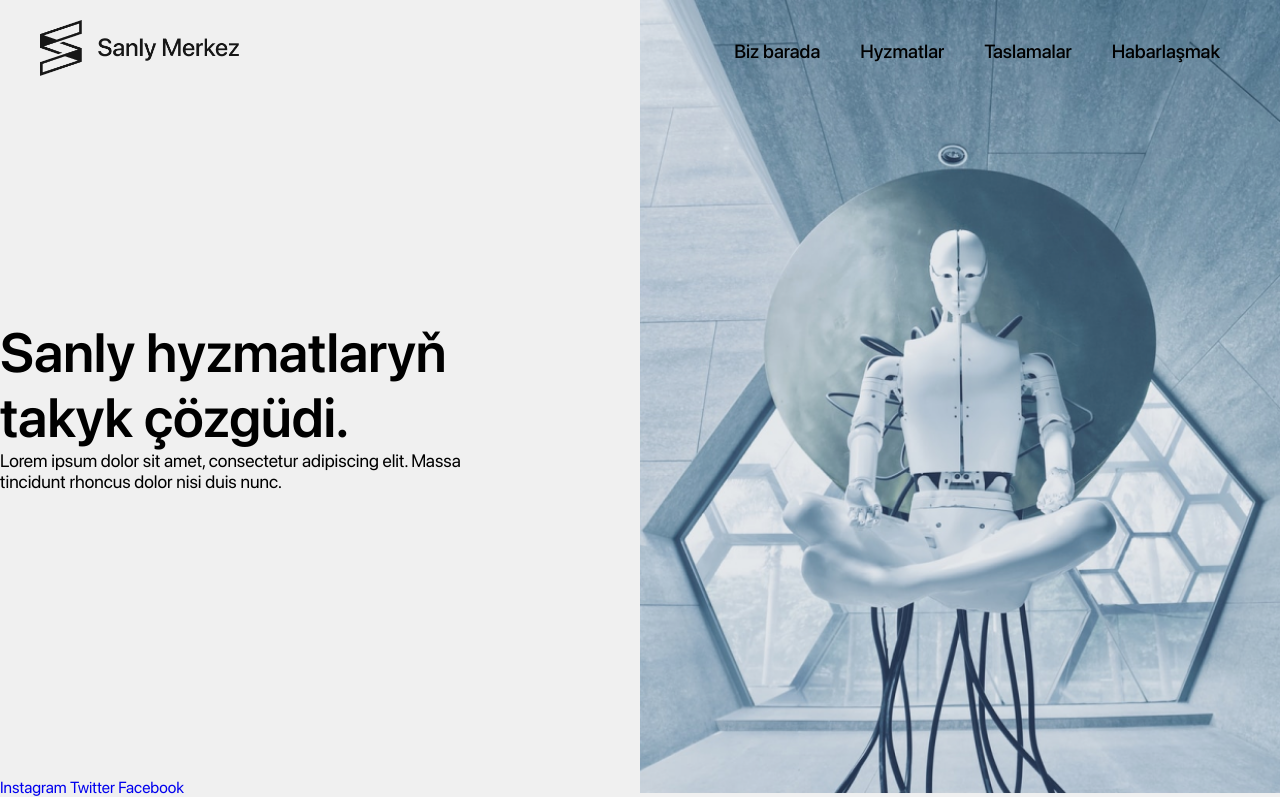
Repository: Meylis7/Sanly-Merkez-Web
Page: main.html
The author's editor kept a copy of each file at every save. The page is drawn from the files as they stood at one save, then again after the next save.
The browser window is 1280 px wide. The pictures show the whole page.

Above is the page before, as saved 2022-04-26 18:53:42.

### main.html
<!DOCTYPE html>
<html lang="en" dir="ltr">
  <head>
    <meta charset="utf-8">
    <meta name="viewport" content="width=device-width, initial-scale=1.0">
    <title>Sanly merkez</title>
    <link rel="stylesheet" href="./css/main.css">
  </head>
  <body>
    <div class="main-container">
      <div class="header-container">
        <header>
          <a href="#" class="brand"><img src="/assets/logo.png" alt=""></a>
          <div class="menu">
            <div class="btn">
                <svg class="close-btn" xmlns="http://www.w3.org/2000/svg" aria-hidden="true" role="img" width="1em" height="1em" preserveAspectRatio="xMidYMid meet" viewBox="0 0 20 20"><path fill="currentColor" fill-rule="evenodd" d="M4.293 4.293a1 1 0 0 1 1.414 0L10 8.586l4.293-4.293a1 1 0 1 1 1.414 1.414L11.414 10l4.293 4.293a1 1 0 0 1-1.414 1.414L10 11.414l-4.293 4.293a1 1 0 0 1-1.414-1.414L8.586 10L4.293 5.707a1 1 0 0 1 0-1.414Z" clip-rule="evenodd"/></svg>
            </div>
            <a href="#">Biz barada</a>
            <a href="#">Hyzmatlar</a>
            <a href="#">Taslamalar</a>
            <a href="#">Habarlaşmak</a>
          </div>
          <div class="btn">
            <svg class="menu-btn" xmlns="http://www.w3.org/2000/svg" aria-hidden="true" role="img" width="1em" height="1em" preserveAspectRatio="xMidYMid meet" viewBox="0 0 20 20"><path fill="currentColor" fill-rule="evenodd" d="M3 5a1 1 0 0 1 1-1h12a1 1 0 1 1 0 2H4a1 1 0 0 1-1-1Zm0 5a1 1 0 0 1 1-1h12a1 1 0 1 1 0 2H4a1 1 0 0 1-1-1Zm6 5a1 1 0 0 1 1-1h6a1 1 0 1 1 0 2h-6a1 1 0 0 1-1-1Z" clip-rule="evenodd"/></svg>
          </div>
        </header>
      </div>

      <div class="home-section">
        <div class="home-container">
          <div class="home-left-content">
            <div class="home-slogan">
              <p class="slogan">Sanly hyzmatlaryň <br>
                takyk çözgüdi.</p>
                <p class="slogan-text">Lorem ipsum dolor sit amet, consectetur adipiscing elit. Massa <br> tincidunt rhoncus dolor nisi duis nunc.</p>
            </div>
            <div class="home-social-links">
              <a href="#">Instagram</a>
              <a href="#">Twitter</a>
              <a href="#">Facebook</a>
            </div>
          </div>
          <div class="home-right-content">
            <img src="./assets/mainphoto.png" alt="">
          </div>
        </div>
      </div>

    </div>



    <script type="text/javascript">
    //javascript for navigation bar effect on scroll
    window.addEventListener("scroll", function(){
      var header = document.querySelector("header");
      header.classList.toggle('sticky', window.scrollY > 0);
    });

    //javascript for responsive navigation sidebar menu
    var menu = document.querySelector('.menu');
    var menuBtn = document.querySelector('.menu-btn');
    var closeBtn = document.querySelector('.close-btn');

    menuBtn.addEventListener("click", () => {
      menu.classList.add('active');
    });

    closeBtn.addEventListener("click", () => {
      menu.classList.remove('active');
    });
    </script>

  </body>
</html>

### css/main.css

@font-face {
  font-family: 'SF Pro Display';
  src: url('../SFProDisplay-Medium.eot');
  src: local('../SF Pro Display Medium'), local('SFProDisplay-Medium'),
      url('../SFProDisplay-Medium.eot?#iefix') format('embedded-opentype'),
      url('../SFProDisplay-Medium.woff2') format('woff2'),
      url('../SFProDisplay-Medium.woff') format('woff'),
      url('../SFProDisplay-Medium.ttf') format('truetype');
  font-weight: 500;
  font-style: normal;
}

@font-face {
  font-family: 'SF Pro Display';
  src: url('../SFProDisplay-Heavy.eot');
  src: local('../SF Pro Display Heavy'), local('SFProDisplay-Heavy'),
      url('../SFProDisplay-Heavy.eot?#iefix') format('embedded-opentype'),
      url('../SFProDisplay-Heavy.woff2') format('woff2'),
      url('../SFProDisplay-Heavy.woff') format('woff'),
      url('../SFProDisplay-Heavy.ttf') format('truetype');
  font-weight: 900;
  font-style: normal;
}

@font-face {
  font-family: 'SF Pro Display';
  src: url('../SFProDisplay-UltralightItalic.eot');
  src: local('../SF Pro Display UltralightItalic'), local('SFProDisplay-UltralightItalic'),
      url('../SFProDisplay-UltralightItalic.eot?#iefix') format('embedded-opentype'),
      url('../SFProDisplay-UltralightItalic.woff2') format('woff2'),
      url('../SFProDisplay-UltralightItalic.woff') format('woff'),
      url('../SFProDisplay-UltralightItalic.ttf') format('truetype');
  font-weight: 200;
  font-style: italic;
}

@font-face {
  font-family: 'SF Pro Display';
  src: url('../SFProDisplay-RegularItalic.eot');
  src: local('../SF Pro Display Regular Italic'), local('SFProDisplay-RegularItalic'),
      url('../SFProDisplay-RegularItalic.eot?#iefix') format('embedded-opentype'),
      url('vSFProDisplay-RegularItalic.woff2') format('woff2'),
      url('../SFProDisplay-RegularItalic.woff') format('woff'),
      url('../SFProDisplay-RegularItalic.ttf') format('truetype');
  font-weight: normal;
  font-style: italic;
}

@font-face {
  font-family: 'SF Pro Display';
  src: url('../SFProDisplay-Thin.eot');
  src: local('../SF Pro Display Thin'), local('SFProDisplay-Thin'),
      url('../SFProDisplay-Thin.eot?#iefix') format('embedded-opentype'),
      url('../SFProDisplay-Thin.woff2') format('woff2'),
      url('../SFProDisplay-Thin.woff') format('woff'),
      url('../SFProDisplay-Thin.ttf') format('truetype');
  font-weight: 100;
  font-style: normal;
}

@font-face {
  font-family: 'SF Pro Display';
  src: url('../SFProDisplay-Light.eot');
  src: local('../SF Pro Display Light'), local('SFProDisplay-Light'),
      url('../SFProDisplay-Light.eot?#iefix') format('embedded-opentype'),
      url('../SFProDisplay-Light.woff2') format('woff2'),
      url('../SFProDisplay-Light.woff') format('woff'),
      url('../SFProDisplay-Light.ttf') format('truetype');
  font-weight: 200;
  font-style: normal;
}

@font-face {
  font-family: 'SF Pro Display';
  src: url('../SFProDisplay-BlackItalic.eot');
  src: local('../SF Pro Display Black Italic'), local('SFProDisplay-BlackItalic'),
      url('../SFProDisplay-BlackItalic.eot?#iefix') format('embedded-opentype'),
      url('../SFProDisplay-BlackItalic.woff2') format('woff2'),
      url('../SFProDisplay-BlackItalic.woff') format('woff'),
      url('../SFProDisplay-BlackItalic.ttf') format('truetype');
  font-weight: 900;
  font-style: italic;
}

@font-face {
  font-family: 'SF Pro Display';
  src: url('../SFProDisplay-Bold.eot');
  src: local('../SF Pro Display Bold'), local('SFProDisplay-Bold'),
      url('../SFProDisplay-Bold.eot?#iefix') format('embedded-opentype'),
      url('../SFProDisplay-Bold.woff2') format('woff2'),
      url('../SFProDisplay-Bold.woff') format('woff'),
      url('../SFProDisplay-Bold.ttf') format('truetype');
  font-weight: bold;
  font-style: normal;
}

@font-face {
  font-family: 'SF Pro Display';
  src: url('../SFProDisplay-Black.eot');
  src: local('../SF Pro Display Black'), local('SFProDisplay-Black'),
      url('../SFProDisplay-Black.eot?#iefix') format('embedded-opentype'),
      url('../SFProDisplay-Black.woff2') format('woff2'),
      url('../SFProDisplay-Black.woff') format('woff'),
      url('../SFProDisplay-Black.ttf') format('truetype');
  font-weight: 900;
  font-style: normal;
}

@font-face {
  font-family: 'SF Pro Display';
  src: url('../SFProDisplay-SemiboldItalic.eot');
  src: local('../SF Pro Display SemiboldItalic'), local('SFProDisplay-SemiboldItalic'),
      url('../SFProDisplay-SemiboldItalic.eot?#iefix') format('embedded-opentype'),
      url('../SFProDisplay-SemiboldItalic.woff2') format('woff2'),
      url('../SFProDisplay-SemiboldItalic.woff') format('woff'),
      url('../SFProDisplay-SemiboldItalic.ttf') format('truetype');
  font-weight: 600;
  font-style: italic;
}

@font-face {
  font-family: 'SF Pro Display';
  src: url('../SFProDisplay-Ultralight.eot');
  src: local('../SF Pro Display Ultralight'), local('SFProDisplay-Ultralight'),
      url('../SFProDisplay-Ultralight.eot?#iefix') format('embedded-opentype'),
      url('../SFProDisplay-Ultralight.woff2') format('woff2'),
      url('../SFProDisplay-Ultralight.woff') format('woff'),
      url('../SFProDisplay-Ultralight.ttf') format('truetype');
  font-weight: 200;
  font-style: normal;
}

@font-face {
  font-family: 'SF Pro Display';
  src: url('../SFProDisplay-LightItalic.eot');
  src: local('../SF Pro Display LightItalic'), local('SFProDisplay-LightItalic'),
      url('../SFProDisplay-LightItalic.eot?#iefix') format('embedded-opentype'),
      url('../SFProDisplay-LightItalic.woff2') format('woff2'),
      url('../SFProDisplay-LightItalic.woff') format('woff'),
      url('../SFProDisplay-LightItalic.ttf') format('truetype');
  font-weight: 200;
  font-style: italic;
}

@font-face {
  font-family: 'SF Pro Display';
  src: url('../SFProDisplay-ThinItalic.eot');
  src: local('../SF Pro Display ThinItalic'), local('SFProDisplay-ThinItalic'),
      url('../SFProDisplay-ThinItalic.eot?#iefix') format('embedded-opentype'),
      url('../SFProDisplay-ThinItalic.woff2') format('woff2'),
      url('../SFProDisplay-ThinItalic.woff') format('woff'),
      url('../SFProDisplay-ThinItalic.ttf') format('truetype');
  font-weight: 100;
  font-style: italic;
}

@font-face {
  font-family: 'SF Pro Display';
  src: url('../SFProDisplay-MediumItalic.eot');
  src: local('../SF Pro Display MediumItalic'), local('SFProDisplay-MediumItalic'),
      url('../SFProDisplay-MediumItalic.eot?#iefix') format('embedded-opentype'),
      url('../SFProDisplay-MediumItalic.woff2') format('woff2'),
      url('../SFProDisplay-MediumItalic.woff') format('woff'),
      url('../SFProDisplay-MediumItalic.ttf') format('truetype');
  font-weight: 500;
  font-style: italic;
}

@font-face {
  font-family: 'SF Pro Display';
  src: url('../SFProDisplay-Semibold.eot');
  src: local('SF Pro Display Semibold'), local('SFProDisplay-Semibold'),
      url('../SFProDisplay-Semibold.eot?#iefix') format('embedded-opentype'),
      url('../SFProDisplay-Semibold.woff2') format('woff2'),
      url('../SFProDisplay-Semibold.woff') format('woff'),
      url('../SFProDisplay-Semibold.ttf') format('truetype');
  font-weight: 600;
  font-style: normal;
}

@font-face {
  font-family: 'SF Pro Display';
  src: url('../SFProDisplay-HeavyItalic.eot');
  src: local('../SF Pro Display HeavyItalic'), local('SFProDisplay-HeavyItalic'),
      url('../SFProDisplay-HeavyItalic.eot?#iefix') format('embedded-opentype'),
      url('../SFProDisplay-HeavyItalic.woff2') format('woff2'),
      url('../SFProDisplay-HeavyItalic.woff') format('woff'),
      url('../SFProDisplay-HeavyItalic.ttf') format('truetype');
  font-weight: 900;
  font-style: italic;
}

@font-face {
  font-family: 'SF Pro Display';
  src: url('../SFProDisplay-Regular.eot');
  src: local('../SF Pro Display Regular'), local('SFProDisplay-Regular'),
      url('../SFProDisplay-Regular.eot?#iefix') format('embedded-opentype'),
      url('../SFProDisplay-Regular.woff2') format('woff2'),
      url('../SFProDisplay-Regular.woff') format('woff'),
      url('../SFProDisplay-Regular.ttf') format('truetype');
  font-weight: normal;
  font-style: normal;
}

@font-face {
  font-family: 'SF Pro Display';
  src: url('../SFProDisplay-BoldItalic.eot');
  src: local('../SF Pro Display BoldItalic'), local('SFProDisplay-BoldItalic'),
      url('../SFProDisplay-BoldItalic.eot?#iefix') format('embedded-opentype'),
      url('../SFProDisplay-BoldItalic.woff2') format('woff2'),
      url('../SFProDisplay-BoldItalic.woff') format('woff'),
      url('../SFProDisplay-BoldItalic.ttf') format('truetype');
  font-weight: bold;
  font-style: italic;
}


*{
  margin: 0;
  padding: 0;
  box-sizing: border-box;
  font-family: "SF Pro Display";

}
a{
  text-decoration: none;
}

body{
  min-height: 100vh;
  background: #F0F0F0;
}
header{
  z-index: 999;
  position: fixed;
  top: 0;
  left: 0;
  width: 100%;
  display: flex;
  justify-content: space-between;
  align-items: center;
  padding: 20px 40px;
  transition: 0.6s;
  transform: translate(calc(50vw - 50%));
}

header.sticky{
  background: #ffffff;
  padding: 15px 70px;

}

header .brand{
  color: #fff;
  font-size: 30px;
  font-weight: 700;
  text-transform: uppercase;
  text-decoration: none;
  letter-spacing: 2px;
}

header .menu{
  position: relative;
  display: flex;
  justify-content: center;
  align-items: center;
}

header .menu a{
  color: rgb(0, 0, 0);
  font-size: 19px;
  font-weight: 500;
  text-decoration: none;
  padding: 7px 10px;
  margin: 0 10px;
  padding: 0 10px;
  border-radius: 20px;
  transition: 0.3s;
  transition-property: color, background;
}

header .menu a:hover{
  color: #000;
  background: #fff;
}

header .btn{
  color: rgb(94, 0, 0);
  font-size: 25px;
  cursor: pointer;
  display: none;
}
/* .main-container{
    max-width: 1240px;
    height: 100%;
    margin: 0 auto;
} */
.brand{
  width: 200px;
}
.brand img{
  width: 100%;
}
.home-container{
  display: flex;
  width: 100%;

}
.home-left-content,.home-right-content{
  flex: 1;
}
.home-left-content{
  display: flex;
  flex-direction: column;
  justify-content: space-between;
}
.home-right-content img{
  width: 100%;
}
.slogan{
  font-size: 55px;
  font-family: "SF Pro Display";
  font-weight: 600;
  margin-top: 50%;
}
.slogan-text{
  font-size: 18px;
  font-family: "SF Pro Display";
}

@media (max-width: 1060px){
  header .btn{
    display: block;
  }

  header .menu{
    position: fixed;
    background: #ffffff;
    flex-direction: column;
    min-width: 400px;
    height: 100vh;
    top: 0;
    right: -100%;
    padding: 80px 50px;
    transition: 0.5s;
    transition-property: right;
  }

  header .menu.active{
    right: 0;
  }

  header .menu .close-btn{
    position: absolute;
    top: 0;
    left: 0;
    margin: 25px;
  }

  header .menu a{
    display: block;
    font-size: 20px;
    margin: 20px;
    padding: 0 15px;
  }
}

After the next save:
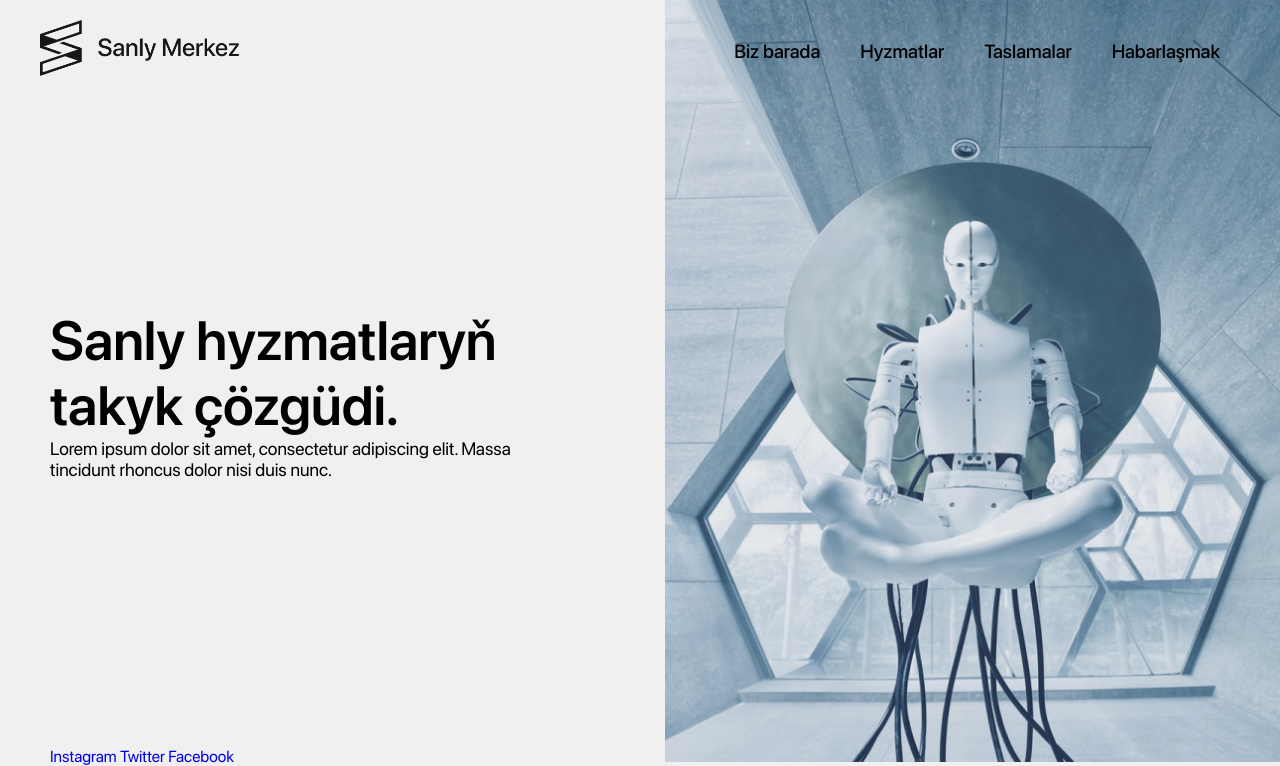
Saved 63 s later.
--- a/css/main.css
+++ b/css/main.css
@@ -314,6 +314,7 @@ header .btn{
   display: flex;
   flex-direction: column;
   justify-content: space-between;
+  padding-left: 50px;
 }
 .home-right-content img{
   width: 100%;
